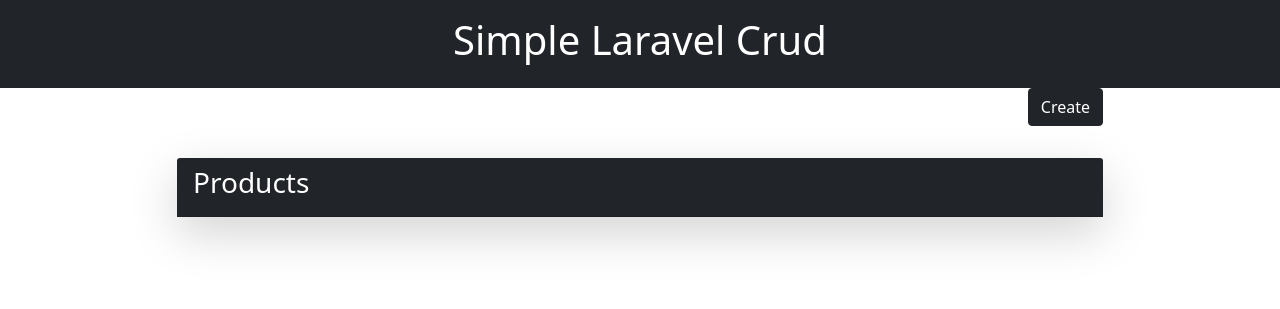
Repository: Muskan1Kumari4draw/Crud-in-Laravel
Page: http://localhost/products
These files come from the project's save history. The page is drawn as it stood at one moment and after the next save; the edit follows.
The browser window is 1280 px wide. The pictures show the whole page.
The page is served by the project's Laravel application, run on PHP 8.4 with Laravel 12. Other server files are loaded and not shown.

Above is the page before, as saved 2024-09-14 11:34:32.

### routes/web.php
<?php

use Illuminate\Support\Facades\Route;
use App\Http\Controllers\ProductController;

Route::get('/products', [ProductController::class, 'index'])->name('products.index');
Route::get('/products/create', [ProductController::class, 'create'])->name('products.create');
Route::post('/products', [ProductController::class, 'store'])->name('products.store');

### app/Http/Controllers/ProductController.php
<?php

namespace App\Http\Controllers;
use App\Models\Product;
use Illuminate\Http\Request;
use Illuminate\Support\Facades\Validator;

class ProductController extends Controller
{
   public function index(){
    return view('products.list');
   }

    public function create(){
        return view('products.create');
    }

    public function store(Request $request){
        $rules = [
            'name' => 'required|min:5',
            'sku' => 'required|min:3',
            'price' => 'required|numeric|min:1',
            'image' => 'required|image|mimes:jpg,jpeg,png|max:2048'
        ];

        $validator = Validator::make($request->all(), $rules);

        if ($validator->fails()) {
            return redirect()->route('products.create')
                             ->withErrors($validator)
                             ->withInput();
        }

        // Databse
        $product = new Product();
        $product->name = $request->name;
        $product->sku = $request->sku;
        $product->price = $request->price;
        $product->description = $request->description;

        if ($request->hasFile('image')) {
            $image = $request->file('image');
            $imagePath = $image->store('images', 'public'); // Store the image in 'public/images'
            $product->image = $imagePath;
        }

        $product->save();


        // return redirect()->route('products.index')->with('success'  ,' Product added Successfully');
        if ($product->save()) {
            return redirect()->route('products.index')->with('success', 'Product added successfully');
        } else {
            dd('Error saving product'); // Debugging line
        }


    }
   public function edit(){

   }
   public function update(){

   }
   public function destroy(){

   }
}

### resources/views/products/list.blade.php
<!doctype html>
<html lang="en">
  <head>
    <meta charset="utf-8">
    <meta name="viewport" content="width=device-width, initial-scale=1">
    <link href="https://cdn.jsdelivr.net/npm/bootstrap@5.0.2/dist/css/bootstrap.min.css" rel="stylesheet">
    <title>Laravel - Crud Operation</title>
  </head>
  <body>
    <div class="bg-dark py-3">
      <h1 class="text-white text-center">Simple Laravel Crud</h1>
    </div>

    <div class="container">
      <div class="row d-flex justify-content-center">
        <div class="col-md-10 d-flex justify-content-end">
            <a href="{{ route('products.create') }}" class="btn btn-dark">Create</a>
        </div>
        <div class="col-md-10 mt-2">
            @if(Session::has('success'))
            <div class="alert alert-success">
                {{ Session::get('success') }}
            </div>
        @endif

        </div>
        <div class="col-md-10">
          <div class="card border-0 shadow-lg my-4">
            <div class="card-header bg-dark">
              <h3 class="text-white">Products</h3>
            </div>

          </div>
        </div>
      </div>
    </div>

    <script src="https://cdn.jsdelivr.net/npm/bootstrap@5.0.2/dist/js/bootstrap.bundle.min.js"></script>
  </body>
</html>

Loaded but not shown: app/Http/Controllers/Controller.php (common file)

After the next save:
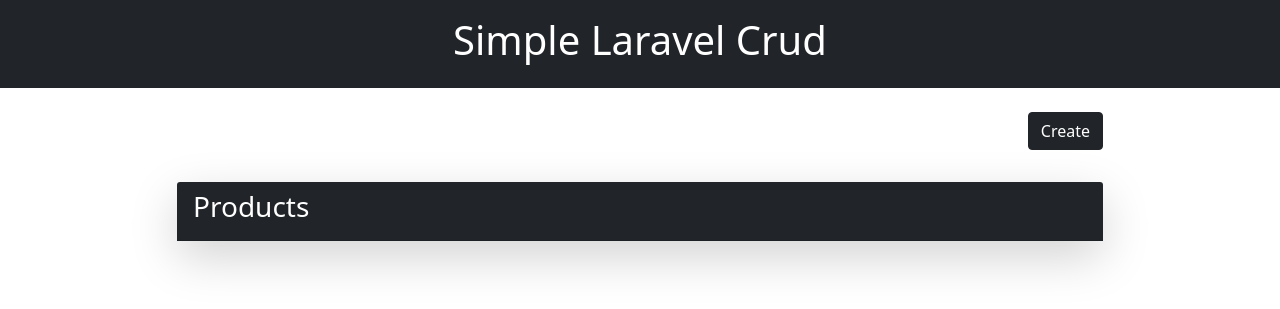
Saved 97 s later.
--- a/resources/views/products/list.blade.php
+++ b/resources/views/products/list.blade.php
@@ -13,7 +13,7 @@
 
     <div class="container">
       <div class="row d-flex justify-content-center">
-        <div class="col-md-10 d-flex justify-content-end">
+        <div class="col-md-10 d-flex justify-content-end mt-4">
             <a href="{{ route('products.create') }}" class="btn btn-dark">Create</a>
         </div>
         <div class="col-md-10 mt-2">
